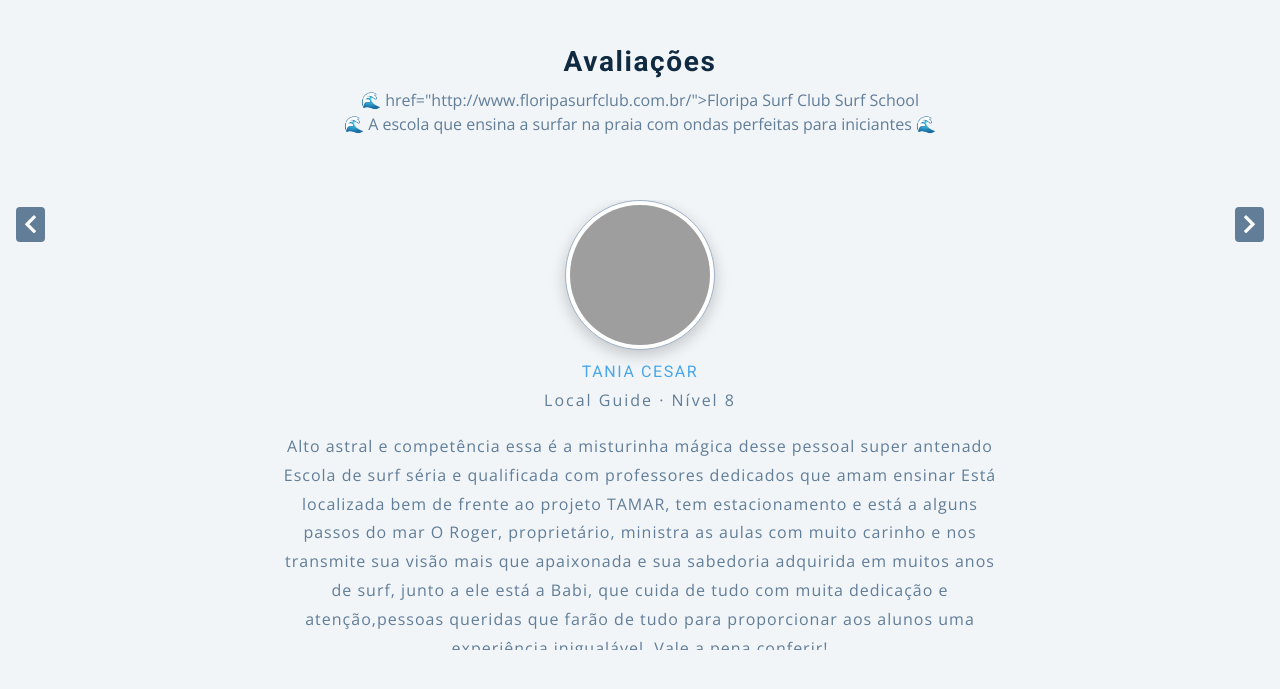
Repository: araguaci/floripasurfclub-reviews
Page: index.html
The author's editor kept a copy of each file at every save. The page is drawn from the files as they stood at one save, then again after the next save.
The browser window is 1280 px wide. The pictures show the whole page.
Pictures or frames that could not be fetched are drawn as grey boxes. Some web libraries are served in a nearby version.

Above is the page before, as saved 2021-08-23 20:48:07.

After the next save:
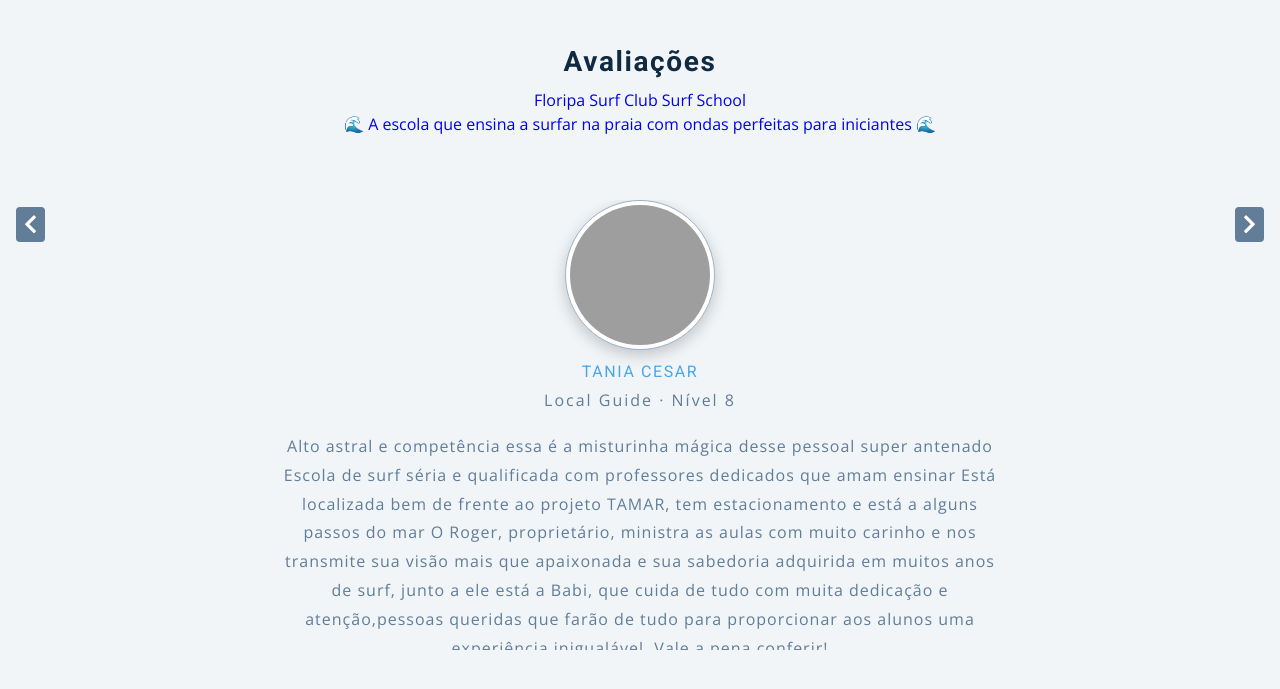
Saved 13 s later.
--- a/index.html
+++ b/index.html
@@ -34,7 +34,7 @@
     <section class="slider">
       <div class="reviews">
         <h3>Avaliações</h3>
-        <p>🌊 href="http://www.floripasurfclub.com.br/">Floripa Surf Club Surf School<br />🌊 A escola que ensina a surfar na praia com ondas perfeitas para iniciantes 🌊</a></p>
+        <p><a href="http://www.floripasurfclub.com.br/">Floripa Surf Club Surf School<br />🌊 A escola que ensina a surfar na praia com ondas perfeitas para iniciantes 🌊</a></p>
       </div>
       <div class="slide-container">
         <!-- <article class="slide">
